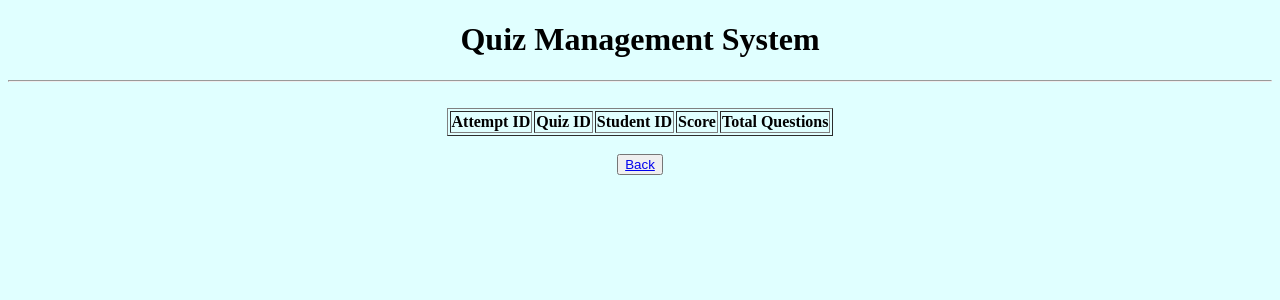
Repository: Rohitsenpai01/Quiz-Manangement-System
Page: http://localhost/WebQuizApp/viewscore.jsp
An editor plug-in stored every save of this project. The page is shown before and after the next save, followed by the edit.
The browser window is 1280 px wide. The pictures show the whole page.
The page is served by Tomcat 9. Other server files are loaded and not shown. Queries for data that is not in the repository find no rows.

Above is the page before, as saved 2026-01-01 01:30:21.

### WebQuizApp/WebQuizApp/src/main/webapp/viewscore.jsp
<%@ page language="java" contentType="text/html; charset=UTF-8"
    pageEncoding="UTF-8"%>
<%@ taglib prefix="c" uri="http://java.sun.com/jsp/jstl/core" %>
<!DOCTYPE html>
<html>
<head>
<meta charset="UTF-8">
<title>Insert title here</title>
</head>
<body bgcolor="${initParam.theme}">
	<h1 style="text-align: center;">${initParam.appTitle}</h1><hr><br>
	<jsp:useBean id="vs" class="com.app.beans.AttemptQuizBean"/>
	<jsp:setProperty name="vs" property="student_id" param="user_id"/>
	${vs.viewScore()}
	<div style="text-align: center;">
		<table border="1" align="center">
			<thead>
				<tr>
					<th>Attempt ID</th>
					<th>Quiz ID</th>
					<th>Student ID</th>
					<th>Score</th>
					<th>Total Questions</th>
				</tr>
			</thead>
			<tbody>
				<c:forEach var="atc" items="${vs.attemptList}">
					<tr>
						<td>${atc.id}</td>
						<td>${atc.quiz_id}</td>
						<td>${atc.student_id}</td>
						<td>${atc.score}</td>
						<td>${atc.total}</td>
					</tr>
				</c:forEach>
			</tbody>
		</table><br>
		<button type="button"><a href="student.jsp">Back</a></button><br>
	</div>
</body>
</html>

### WebQuizApp/WebQuizApp/src/main/java/com/app/beans/AttemptQuizBean.java
package com.app.beans;

import java.util.ArrayList;
import java.util.List;

import com.app.daos.AttemptDao;
import com.app.daos.AttemptDaoImp;
import com.app.pojos.Attempts;

public class AttemptQuizBean {
	private List<Attempts> attemptList;
	private int student_id;
	private int score;
	private int total;
	private int quiz_id;
	public AttemptQuizBean() {
		this.attemptList = new ArrayList<>();
	}

	public List<Attempts> getAttemptList() {
		return attemptList;
	}


	public void setAttemptList(List<Attempts> attemptList) {
		this.attemptList = attemptList;
	}


	public int getStudent_id() {
		return student_id;
	}


	public void setStudent_id(int student_id) {
		this.student_id = student_id;
	}


	public int getScore() {
		return score;
	}


	public void setScore(int score) {
		this.score = score;
	}


	public int getTotal() {
		return total;
	}


	public void setTotal(int total) {
		this.total = total;
	}


	public int getQuiz_id() {
		return quiz_id;
	}


	public void setQuiz_id(int quiz_id) {
		this.quiz_id = quiz_id;
	}


	public void viewresult() {
		try(AttemptDao attemptDao = new AttemptDaoImp()) {
			List<Attempts> attempt = attemptDao.findAll();
			this.attemptList =  attempt;
		} catch(Exception e) {
			e.printStackTrace();
		}
	}
	public void viewScore() {
		try(AttemptDao attemptDao = new AttemptDaoImp()) {
			List<Attempts> attempt =  attemptDao.findStudentById(student_id);
			this.attemptList = attempt;
		} catch(Exception e) {
			e.printStackTrace();
		}
	}
	public void save() {
		try(AttemptDao attemptDao = new AttemptDaoImp()) {
			 attemptDao.insertAttempt(quiz_id, student_id, score, total);
			 System.out.println(quiz_id+score);
		} catch(Exception e) {
			e.printStackTrace();
		}
	}
}

### WebQuizApp/WebQuizApp/src/main/java/com/app/daos/AttemptDao.java
package com.app.daos;

import java.util.List;

import com.app.pojos.Attempts;

public interface AttemptDao extends AutoCloseable{
	List<Attempts> findAll() throws Exception;
	List<Attempts> findStudentById(int user_id) throws Exception;
	public void insertAttempt(int qid, int stuId, int score, int totalQue) throws Exception;
}

### WebQuizApp/WebQuizApp/src/main/java/com/app/pojos/Attempts.java
package com.app.pojos;

import java.time.LocalDateTime;

public class Attempts {
	public int id;
	public int quiz_id;
	public int student_id;
	public String student_name;
	public int score;
	public int total;
	public LocalDateTime attemptTime;

	public Attempts() {
	}

	public Attempts(int id, int quiz_id, int student_id, String student_name, int score, int total, LocalDateTime attemptTime) {
		this.id = id;
		this.quiz_id = quiz_id;
		this.student_id = student_id;
		this.student_name = student_name;
		this.score = score;
		this.total = total;
		this.attemptTime = attemptTime;
	}


	public Attempts(int id, int quiz_id, int student_id, int score, int total, LocalDateTime attemptTime) {
		super();
		this.id = id;
		this.quiz_id = quiz_id;
		this.student_id = student_id;
		this.score = score;
		this.total = total;
		this.attemptTime = attemptTime;
	}

	public int getId() {
		return id;
	}

	public void setId(int id) {
		this.id = id;
	}

	public int getQuiz_id() {
		return quiz_id;
	}

	public void setQuiz_id(int quiz_id) {
		this.quiz_id = quiz_id;
	}

	public int getStudent_id() {
		return student_id;
	}

	public void setStudent_id(int student_id) {
		this.student_id = student_id;
	}

	public String getStudent_name() {
		return student_name;
	}

	public void setStudent_name(String string) {
		this.student_name = string;
	}

	public int getScore() {
		return score;
	}

	public void setScore(int score) {
		this.score = score;
	}

	public int getTotal() {
		return total;
	}

	public void setTotal(int total) {
		this.total = total;
	}

	public LocalDateTime getAttemptTime() {
		return attemptTime;
	}

	public void setAttemptTime(LocalDateTime attemptTime) {
		this.attemptTime = attemptTime;
	}

}

### WebQuizApp/WebQuizApp/src/main/java/com/app/daos/Dao.java
package com.app.daos;

import java.sql.Connection;
import com.app.util.DbUtil;

public class Dao implements AutoCloseable{
	protected Connection con;
	public Dao() throws Exception{
		con = DbUtil.getConnection();
	}
	public void close() throws Exception {
		if(con != null) {
			con.close();
		}
	}
}

### WebQuizApp/WebQuizApp/src/main/java/com/app/daos/AttemptDaoImp.java
package com.app.daos;

import java.sql.PreparedStatement;
import java.sql.ResultSet;
import java.util.ArrayList;
import java.util.List;

import com.app.pojos.Attempts;

public class AttemptDaoImp extends Dao implements AttemptDao{
	private PreparedStatement stmtFindById;
	private PreparedStatement stmtFindAll;
	private PreparedStatement stmtSave;
	public AttemptDaoImp() throws Exception {
		stmtFindAll = con.prepareStatement("SELECT attempt_id,quiz_id,quiz_attempts.user_id,name,final_score,total_questions FROM quiz_attempts INNER JOIN users ON quiz_attempts.user_id = users.user_id");
		stmtFindById = con.prepareStatement("SELECT * FROM quiz_attempts WHERE user_id = ?");
		stmtSave = con.prepareStatement("INSERT INTO quiz_attempts (quiz_id, user_id, final_score, total_questions) VALUES (?, ?, ?, ?)");
	}

	public void close() throws Exception {
		stmtSave.close();
		stmtFindById.close();
		stmtFindAll.close();
	}

	@Override
	public List<Attempts> findAll() throws Exception {
		List<Attempts> list = new ArrayList<>();
		try(ResultSet rs = stmtFindAll.executeQuery()) {
			while(rs.next()) {
				int attempt_id = rs.getInt("attempt_id");
				int quiz_id = rs.getInt("quiz_id");
				int user_id = rs.getInt("user_id");
				String name = rs.getString("name");
				int final_score = rs.getInt("final_score");
				int total_questions = rs.getInt("total_questions");
				Attempts at = new Attempts(attempt_id, quiz_id, user_id, name, final_score, total_questions, null);
				list.add(at);
			}
		}
		return list;
	}

	@Override
	public List<Attempts> findStudentById(int student_id) throws Exception {
		List<Attempts> list = new ArrayList<>();
	    stmtFindById.setInt(1, student_id);
	    try(ResultSet rs = stmtFindById.executeQuery()) {
	        // Changed 'if' to 'while' to fetch ALL scores for the student
	        while(rs.next()) {
	            int attempt_id = rs.getInt("attempt_id");
	            int quiz_id = rs.getInt("quiz_id");
	            int user_id = rs.getInt("user_id");
	            int final_score = rs.getInt("final_score");
	            int total_questions = rs.getInt("total_questions");

	            // Ensure your Pojo constructor matches these arguments
	            Attempts at = new Attempts(attempt_id, quiz_id, user_id, final_score, total_questions, null);
	            list.add(at);
	        }
	    }
	    return list;
	}



	@Override
	public void insertAttempt(int qid, int stuId, int score, int totalQue) throws Exception {
		String sql = "INSERT INTO quiz_attempts (quiz_id, user_id, final_score, total_questions) VALUES (?, ?, ?, ?)";
		try(PreparedStatement pit = con.prepareStatement(sql)) {
			pit.setInt(1, qid);
			pit.setInt(2, stuId);
			pit.setInt(3, score);
			pit.setInt(4, totalQue);

			pit.executeUpdate();
			pit.close();
		} catch(Exception e) {
			e.printStackTrace();
		}
	}

}

### WebQuizApp/WebQuizApp/src/main/java/com/app/util/DbUtil.java
package com.app.util;

import java.sql.Connection;
import java.sql.DriverManager;

public class DbUtil {
	private static final String DB_DRIVER = "com.mysql.cj.jdbc.Driver";
	private static final String DB_URL = "jdbc:mysql://localhost:3306/quiz_management_system";
	private static final String DB_USER = "root";
	private static final String DB_PASSWD = "manager";

	static {
		try {
			Class.forName(DB_DRIVER);
		} catch(Exception e) {
			e.printStackTrace();
			System.exit(1);
		}
	}

	public static Connection getConnection() throws Exception {
		Connection con = DriverManager.getConnection(DB_URL, DB_USER, DB_PASSWD);
		return con;
	}
}

After the next save:
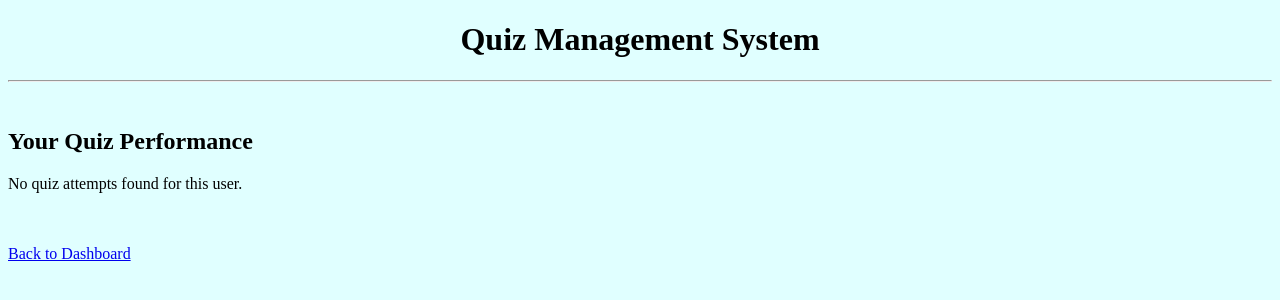
Saved 56 s later.
--- a/WebQuizApp/WebQuizApp/src/main/webapp/viewscore.jsp
+++ b/WebQuizApp/WebQuizApp/src/main/webapp/viewscore.jsp
@@ -9,33 +9,50 @@
 </head>
 <body bgcolor="${initParam.theme}">
 	<h1 style="text-align: center;">${initParam.appTitle}</h1><hr><br>
-	<jsp:useBean id="vs" class="com.app.beans.AttemptQuizBean"/>
-	<jsp:setProperty name="vs" property="student_id" param="user_id"/>
-	${vs.viewScore()}
-	<div style="text-align: center;">
-		<table border="1" align="center">
-			<thead>
-				<tr>
-					<th>Attempt ID</th>
-					<th>Quiz ID</th>
-					<th>Student ID</th>
-					<th>Score</th>
-					<th>Total Questions</th>
-				</tr>
-			</thead>
-			<tbody>
-				<c:forEach var="atc" items="${vs.attemptList}">
-					<tr>
-						<td>${atc.id}</td>
-						<td>${atc.quiz_id}</td>
-						<td>${atc.student_id}</td>
-						<td>${atc.score}</td>
-						<td>${atc.total}</td>
-					</tr>
-				</c:forEach>
-			</tbody>
-		</table><br>
-		<button type="button"><a href="student.jsp">Back</a></button><br>
-	</div>
+	<jsp:useBean id="vs" class="com.app.beans.AttemptQuizBean" scope="page" />
+    <%-- Set the student ID from the request parameter --%>
+    <jsp:setProperty name="vs" property="student_id" param="user_id"/>
+    <%-- Call the method to populate the list --%>
+    <% vs.viewScore(); %>
+
+    <div class="container">
+        <h2>Your Quiz Performance</h2>
+
+        <c:choose>
+            <c:when test="${not empty vs.attemptList}">
+                <table align="center">
+                    <thead>
+                        <tr>
+                            <th>Attempt ID</th>
+                            <th>Quiz ID</th>
+                            <th>Score Obtained</th>
+                            <th>Total Questions</th>
+                            <th>Percentage</th>
+                        </tr>
+                    </thead>
+                    <tbody>
+                        <c:forEach var="atc" items="${vs.attemptList}">
+                            <tr>
+                                <td>${atc.id}</td>
+                                <td>${atc.quiz_id}</td>
+                                <td>**${atc.score}**</td>
+                                <td>${atc.total}</td>
+                                <td>
+                                    <%-- Optional: Calculate percentage on the fly --%>
+                                    ${(atc.score / atc.total) * 100}%
+                                </td>
+                            </tr>
+                        </c:forEach>
+                    </tbody>
+                </table>
+            </c:when>
+            <c:otherwise>
+                <p>No quiz attempts found for this user.</p>
+            </c:otherwise>
+        </c:choose>
+
+        <br><br>
+        <a href="student.jsp" class="back-btn">Back to Dashboard</a>
+    </div>
 </body>
 </html>
